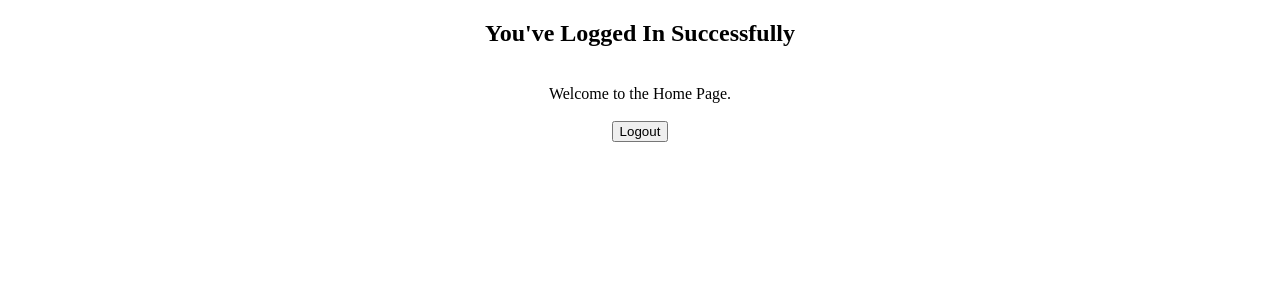
Repository: msibgathulla9980/Servlet
Page: LoginRegistrationApp/WebContent/Welcome.html
An editor plug-in stored every save of this project. The page is shown before and after the next save, followed by the edit.
The browser window is 1280 px wide. The pictures show the whole page.

Above is the page before, as saved 2019-01-23 05:27:50.

After the next save:
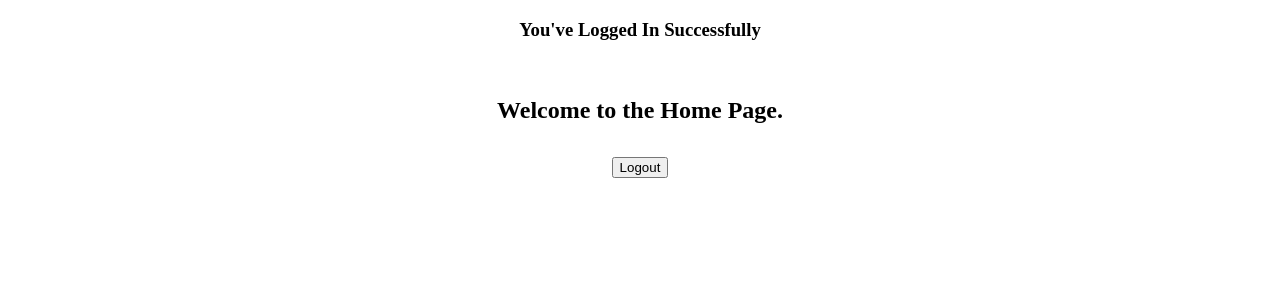
Saved 15 s later.
--- a/LoginRegistrationApp/WebContent/Welcome.html
+++ b/LoginRegistrationApp/WebContent/Welcome.html
@@ -6,8 +6,8 @@
 </head>
 <body>
 <center>
-<h2>You've Logged In Successfully</h2><br>
-Welcome to the Home Page.<br><br>
+<h3>You've Logged In Successfully</h3><br>
+<h2>Welcome to the Home Page.<br><br>
 <a href="logout.html" ><input type="submit" value="Logout"></a>
 </center>
 </body>
